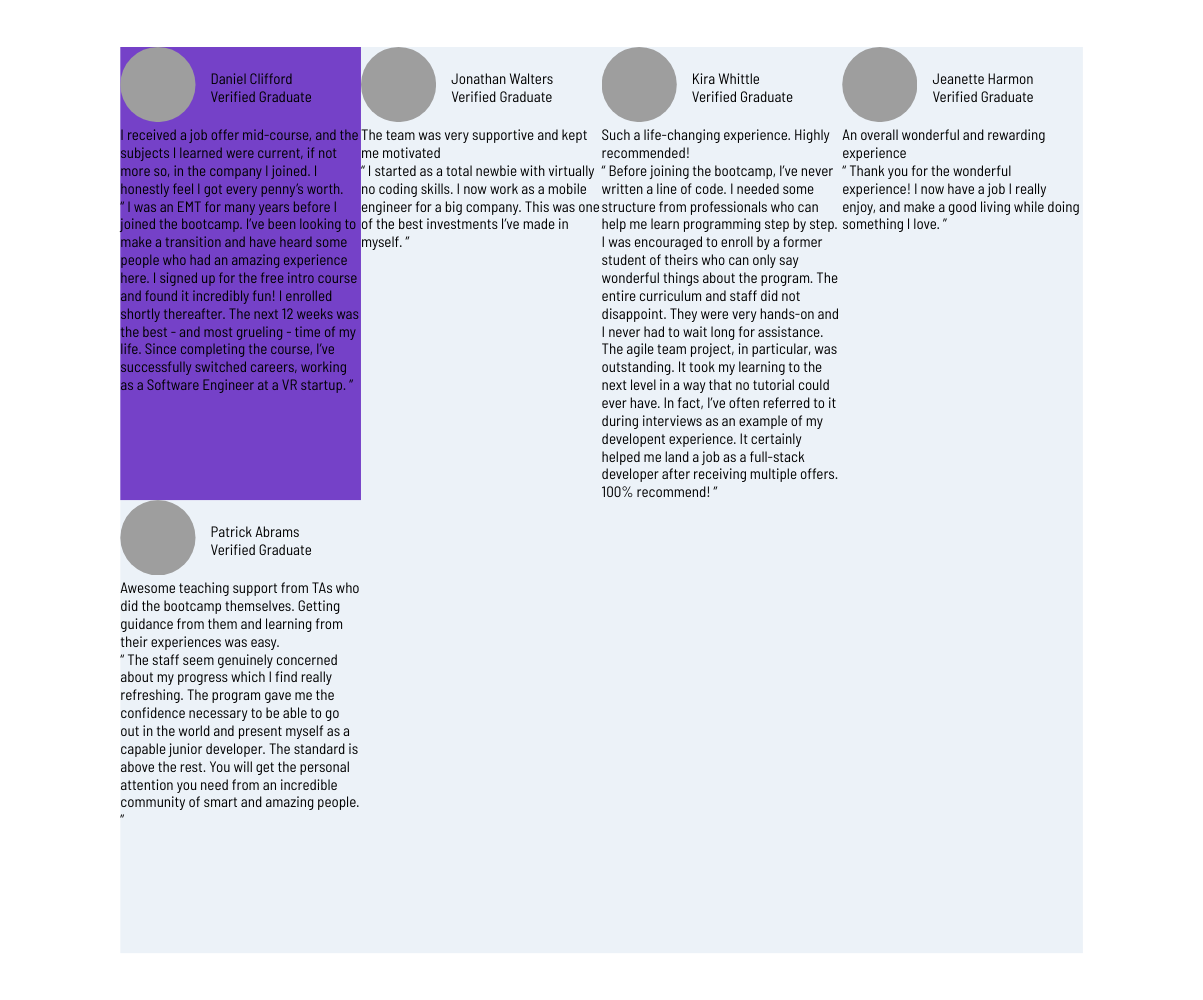
Repository: nptg3105/lab02-testimonials-grid
Page: index.html
An editor plug-in stored every save of this project. The page is shown before and after the next save, followed by the edit.
The browser window is 1280 px wide. The pictures show the whole page, at 94% of full size.
Pictures or frames that could not be fetched are drawn as grey boxes. The style sheet was rebuilt from its Sass, Less or Tailwind sources for each picture, by a compiler version that may differ from the author's.

Above is the page before, as saved 2021-12-08 05:30:08.

### index.html
<!DOCTYPE html>
<html lang="en">
  <head>
    <meta charset="UTF-8" />
    <meta http-equiv="X-UA-Compatible" content="IE=edge" />
    <meta name="viewport" content="width=device-width, initial-scale=1.0" />
    <title>Lab02 - Testimonials</title>
    <link rel="stylesheet" href="style.css" />
    <link
      href="https://fonts.googleapis.com/css2?family=Barlow+Semi+Condensed:wght@400;500;700&display=swap"
      rel="stylesheet"
    />
  </head>
  <body>
    <div class="container">
      <div class="testimonials">
        <div class="testimonials__item testimonials__item--violet">
          <div class="author">
            <div class="author__avatar">
              <img
                src="https://images.unsplash.com/photo-1570295999919-56ceb5ecca61?ixlib=rb-1.2.1&ixid=MnwxMjA3fDB8MHxzZWFyY2h8OHx8bWFufGVufDB8fDB8fA%3D%3D&auto=format&fit=crop&w=500&q=60"
                alt=""
              />
            </div>
            <div class="author__name">
              Daniel Clifford <br />
              Verified Graduate
            </div>
          </div>
          <div class="testimonials__heading">
            I received a job offer mid-course, and the subjects I learned were
            current, if not more so, in the company I joined. I honestly feel I
            got every penny’s worth.
          </div>
          <div class="testimonials__desc">
            “ I was an EMT for many years before I joined the bootcamp. I’ve
            been looking to make a transition and have heard some people who had
            an amazing experience here. I signed up for the free intro course
            and found it incredibly fun! I enrolled shortly thereafter. The next
            12 weeks was the best - and most grueling - time of my life. Since
            completing the course, I’ve successfully switched careers, working
            as a Software Engineer at a VR startup. ”
          </div>
        </div>
        <div class="testimonials__item testimonials__item--gray">
          <div class="author">
            <div class="author__avatar">
              <img
                src="https://images.unsplash.com/photo-1570295999919-56ceb5ecca61?ixlib=rb-1.2.1&ixid=MnwxMjA3fDB8MHxzZWFyY2h8OHx8bWFufGVufDB8fDB8fA%3D%3D&auto=format&fit=crop&w=500&q=60"
                alt=""
              />
            </div>
            <div class="author__name">
              Jonathan Walters <br />
              Verified Graduate
            </div>
          </div>
          <div class="testimonials__heading">
            The team was very supportive and kept me motivated
          </div>
          <div class="testimonials__desc">
            “ I started as a total newbie with virtually no coding skills. I now
            work as a mobile engineer for a big company. This was one of the
            best investments I’ve made in myself. ”
          </div>
        </div>
        <div class="testimonials__item testimonials__item--white">
          <div class="author">
            <div class="author__avatar">
              <img
                src="https://images.unsplash.com/photo-1570295999919-56ceb5ecca61?ixlib=rb-1.2.1&ixid=MnwxMjA3fDB8MHxzZWFyY2h8OHx8bWFufGVufDB8fDB8fA%3D%3D&auto=format&fit=crop&w=500&q=60"
                alt=""
              />
            </div>
            <div class="author__name">
              Kira Whittle <br />
              Verified Graduate
            </div>
          </div>
          <div class="testimonials__heading">
            Such a life-changing experience. Highly recommended!
          </div>
          <div class="testimonials__desc">
            “ Before joining the bootcamp, I’ve never written a line of code. I
            needed some structure from professionals who can help me learn
            programming step by step. I was encouraged to enroll by a former
            student of theirs who can only say wonderful things about the
            program. The entire curriculum and staff did not disappoint. They
            were very hands-on and I never had to wait long for assistance. The
            agile team project, in particular, was outstanding. It took my
            learning to the next level in a way that no tutorial could ever
            have. In fact, I’ve often referred to it during interviews as an
            example of my developent experience. It certainly helped me land a
            job as a full-stack developer after receiving multiple offers. 100%
            recommend! ”
          </div>
        </div>
        <div class="testimonials__item testimonials__item--white">
          <div class="author">
            <div class="author__avatar">
              <img
                src="https://images.unsplash.com/photo-1570295999919-56ceb5ecca61?ixlib=rb-1.2.1&ixid=MnwxMjA3fDB8MHxzZWFyY2h8OHx8bWFufGVufDB8fDB8fA%3D%3D&auto=format&fit=crop&w=500&q=60"
                alt=""
              />
            </div>
            <div class="author__name">
              Jeanette Harmon <br />
              Verified Graduate
            </div>
          </div>
          <div class="testimonials__heading">
            An overall wonderful and rewarding experience
          </div>
          <div class="testimonials__desc">
            “ Thank you for the wonderful experience! I now have a job I really
            enjoy, and make a good living while doing something I love. ”
          </div>
        </div>
        <div class="testimonials__item testimonials__item--black">
          <div class="author">
            <div class="author__avatar">
              <img
                src="https://images.unsplash.com/photo-1570295999919-56ceb5ecca61?ixlib=rb-1.2.1&ixid=MnwxMjA3fDB8MHxzZWFyY2h8OHx8bWFufGVufDB8fDB8fA%3D%3D&auto=format&fit=crop&w=500&q=60"
                alt=""
              />
            </div>
            <div class="author__name">
              Patrick Abrams <br />
              Verified Graduate
            </div>
          </div>
          <div class="testimonials__heading">
            Awesome teaching support from TAs who did the bootcamp themselves.
            Getting guidance from them and learning from their experiences was
            easy.
          </div>
          <div class="testimonials__desc">
            “ The staff seem genuinely concerned about my progress which I find
            really refreshing. The program gave me the confidence necessary to
            be able to go out in the world and present myself as a capable
            junior developer. The standard is above the rest. You will get the
            personal attention you need from an incredible community of smart
            and amazing people. ”
          </div>
        </div>
      </div>
    </div>
  </body>
</html>

### style.scss
$font-main:'Barlow Semi Condensed',
sans-serif;
$violet-color:#7541c8;
$grey-color: #48556a;
$light-grey-color: #cfcfcf;
$white-color: #fff;
$bg-color: #ecf2f8;
$black-color: #19212e;

* {
    box-sizing: border-box;
    margin: 0;
    padding: 0;
}

.container {
    max-width: 1024px;
    margin: 50px auto;
    background-color: $bg-color;
    ;
}

.testimonials {
    font-family: $font-main;
    display: grid;
    grid-template-columns: repeat(4, 1fr);
    grid-template-rows: repeat(2, 1fr);

    &__item {
        &--violet {
            background-color: $violet-color;
        }
    }
}

.author {
    display: flex;
    align-items: center;

    &__avatar {
        margin-right: 16px;

        img {
            object-fit: cover;
            width: 80px;
            height: 80px;
            border-radius: 50%;

        }
    }

}

After the next save:
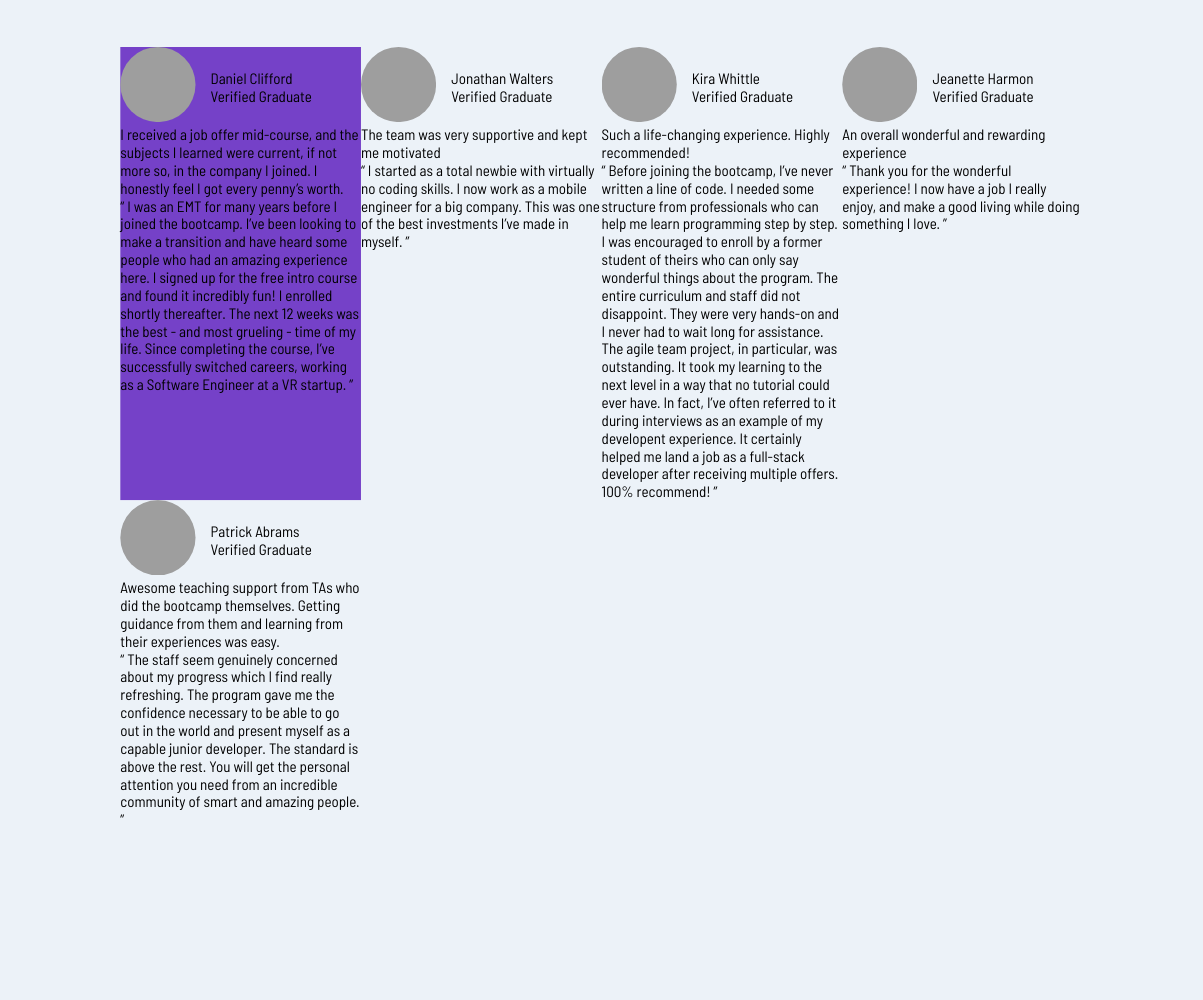
Saved 16 s later.
--- a/style.scss
+++ b/style.scss
@@ -13,11 +13,15 @@ $black-color: #19212e;
     padding: 0;
 }
 
+body {
+
+    background-color: $bg-color;
+}
+
 .container {
     max-width: 1024px;
     margin: 50px auto;
-    background-color: $bg-color;
-    ;
+
 }
 
 .testimonials {
